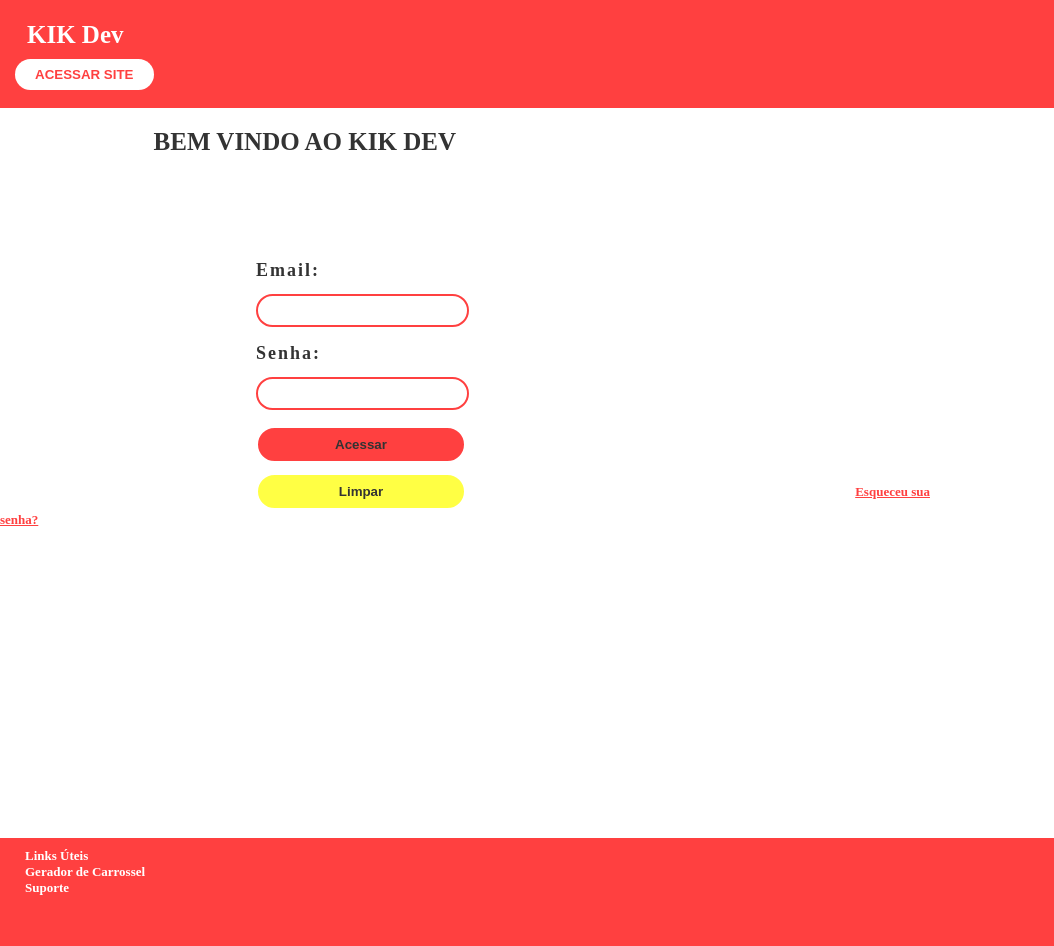
Repository: devgabrielvieira/kikdev
Page: index.html
The author's editor kept a copy of each file at every save. The page is drawn from the files as they stood at one save, then again after the next save.
The browser window is 1024 px wide. The page is 1054 px wide, so the pictures cover 1054 px, including what lies to the right of the window. The pictures show the whole page.

Above is the page before, as saved 2022-10-30 20:11:45.

After the next save:
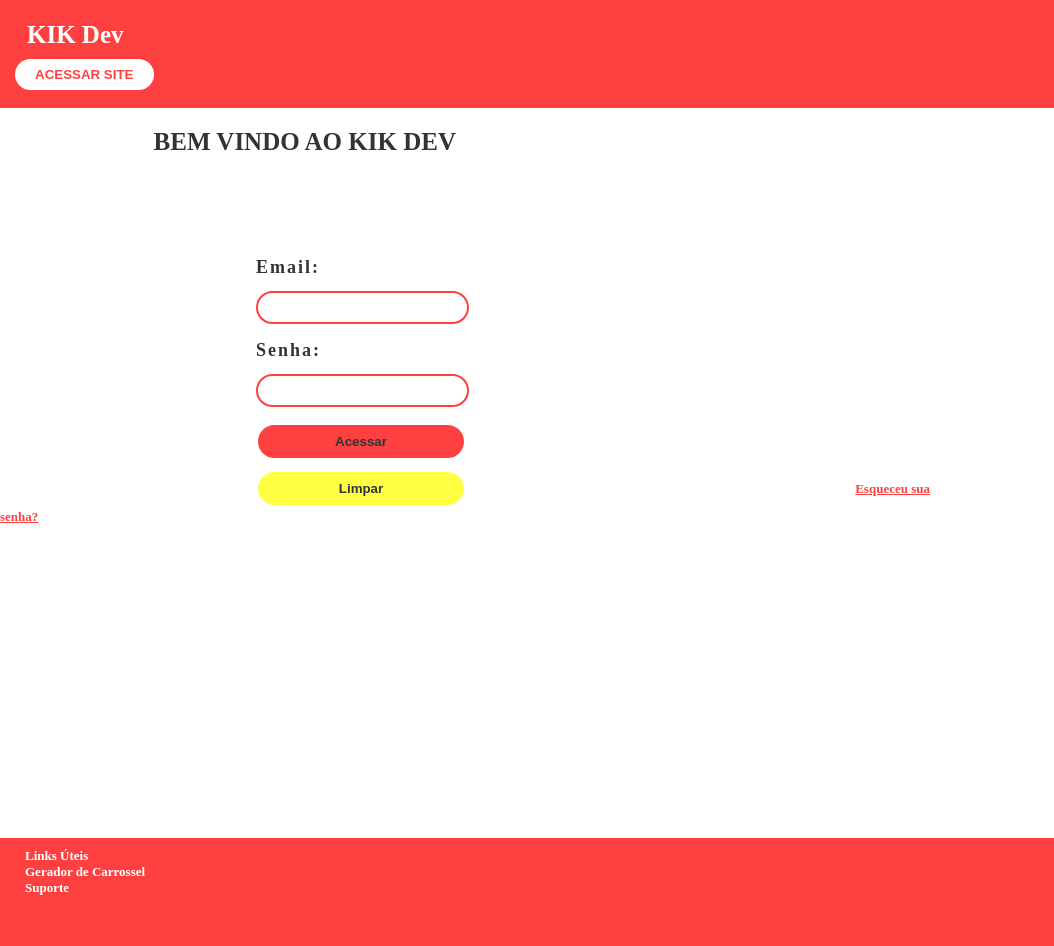
Saved 29 s later.
--- a/style-mobile.css
+++ b/style-mobile.css
@@ -130,7 +130,7 @@
     font-size: 25px;
     width: 100%;
     display: inline-block;
-    margin-bottom: 0.5rem;
+    /* margin-bottom: 0.5rem; */
     margin-left: 15%;
     color: #333333;
   }
